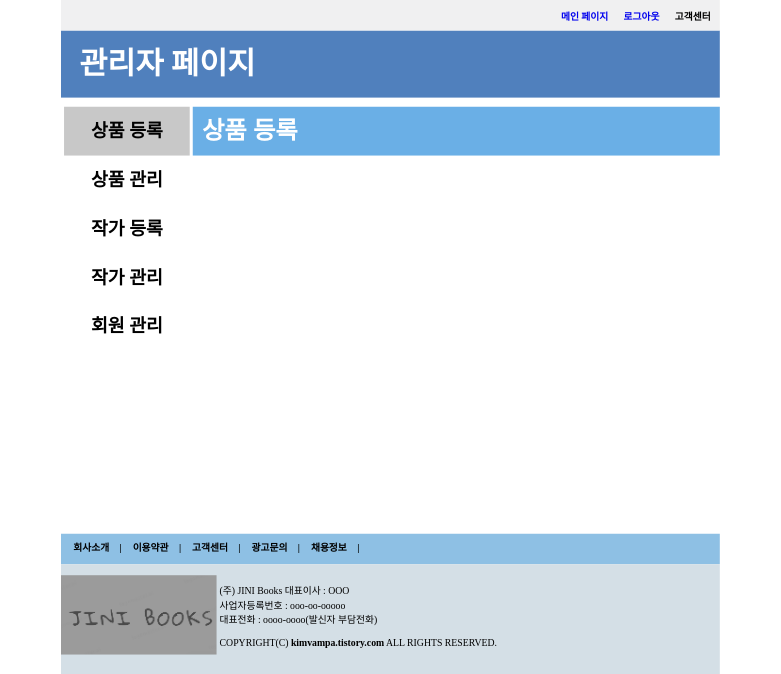
Repository: leechanjin7/ShoppingMall
Page: http://localhost/ShoppingMall/WEB-INF/views/admin/goodsEnroll.jsp
The author's editor kept a copy of each file at every save. The page is drawn from the files as they stood at one save, then again after the next save.
The browser window is 1280 px wide. The pictures show the whole page, at 61% of full size.
The page is served by Tomcat 9. Nobody is signed in. Other server files are loaded and not shown. The template is opened directly, without the code that normally fills it, so the values that code supplies are empty.

Above is the page before, as saved 2023-09-08 10:31:19.

### workspace/ShoppingMall/src/main/webapp/WEB-INF/views/admin/goodsEnroll.jsp
<%@ page language="java" contentType="text/html; charset=UTF-8"
    pageEncoding="UTF-8"%>
<!DOCTYPE html>
<html>
<head>
<meta charset="UTF-8">
<title>Insert title here</title>
<link rel="stylesheet" href="../resources/css/admin/goodsEnroll.css">

<script
  src="https://code.jquery.com/jquery-3.4.1.js"
  integrity="sha256-WpOohJOqMqqyKL9FccASB9O0KwACQJpFTUBLTYOVvVU="
  crossorigin="anonymous"></script>
</head>
</head>
<body>

 				<%@include file="../includes/admin/header.jsp" %>

                <div class="admin_content_wrap">
                    <div class="admin_content_subject"><span>상품 등록</span></div>
                </div>

                <%@include file="../includes/admin/footer.jsp" %>

</body>
</html>

### workspace/ShoppingMall/src/main/webapp/WEB-INF/views/includes/admin/header.jsp
<%@ page language="java" contentType="text/html; charset=UTF-8"
    pageEncoding="UTF-8"%>


    <div class="wrapper">
        <div class="wrap">
            <!-- gnv_area -->
            <div class="top_gnb_area">
                <ul class="list">
                    <li><a href="/main">메인 페이지</a></li>
                    <li><a href="/member/logout.do">로그아웃</a></li>
                    <li>고객센터</li>
                </ul>
            </div>
            <!-- top_subject_area -->
            <div class="admin_top_wrap">
                <span>관리자 페이지</span>

            </div>
            <!-- contents-area -->
            <div class="admin_wrap">
                <!-- 네비영역 -->
                <div class="admin_navi_wrap">
                  <ul>
                      <li >
                          <a class="admin_list_01" href="/admin/goodsEnroll">상품 등록</a>
                      </li>
                      <li>
                          <a class="admin_list_02" href="/admin/goodsManage">상품 관리</a>
                      </li>
                      <lI>
                          <a class="admin_list_03" href="/admin/authorEnroll">작가 등록</a>
                      </lI>
                      <lI>
                          <a class="admin_list_04" href="/admin/authorManage">작가 관리</a>
                      </lI>
                      <lI>
                          <a class="admin_list_05">회원 관리</a>
                      </lI>
                  </ul>
                </div>

### workspace/ShoppingMall/src/main/webapp/WEB-INF/views/includes/admin/footer.jsp
<%@ page language="java" contentType="text/html; charset=UTF-8"
    pageEncoding="UTF-8"%>

     <div class="clearfix"></div>
            </div>


        <!-- Footer 영역 -->
        <div class="footer_nav">
            <div class="footer_nav_container">
                <ul>
                    <li>회사소개</li>
                    <span class="line">|</span>
                    <li>이용약관</li>
                    <span class="line">|</span>
                    <li>고객센터</li>
                    <span class="line">|</span>
                    <li>광고문의</li>
                    <span class="line">|</span>
                    <li>채용정보</li>
                    <span class="line">|</span>
                </ul>
            </div>
        </div> <!-- class="footer_nav" -->

        <div class="footer">
            <div class="footer_container">

                <div class="footer_left">
                    <img src="resources/img/Logo.png">
                </div>
                <div class="footer_right">
                    (주) JINI Books    대표이사 : OOO
                    <br>
                    사업자등록번호 : ooo-oo-ooooo
                    <br>
                    대표전화 : oooo-oooo(발신자 부담전화)
                    <br>
                    <br>
                    COPYRIGHT(C) <strong>kimvampa.tistory.com</strong>    ALL RIGHTS RESERVED.
                </div>
                <div class="clearfix"></div>
            </div>
        </div> <!-- class="footer" -->

        </div>
    </div>

### workspace/ShoppingMall/src/main/webapp/resources/css/admin/goodsEnroll.css
@charset "UTF-8";
*{
    margin: 0;
    padding:0;
}
a{
    text-decoration: none;
}
ul{
    list-style: none;
}
/* 화면 전체 렙 */
.wrapper{
    width: 100%;
}
/* content 랩 */
.wrap{
    width : 1080px;
    margin: auto;
}
/* 홈페이지 기능 네비 */
.top_gnb_area{
    width: 100%;
    height: 50px;
    background-color: #f0f0f1;
    position:relative;
}
.top_gnb_area .list{
    position: absolute;
    top: 0px;
    right: 0;

}
.top_gnb_area .list li{
    list-style: none;
    float : left;
    padding: 13px 15px 0 10px;
    font-weight: 900;
    cursor: pointer;
}

/* 관리제 페이지 상단 현페이지 정보 */
.admin_top_wrap{
    height:110px;
    line-height: 110px;
    background-color: #5080bd;
    margin-bottom:15px;
}
.admin_top_wrap>span{
    margin-left: 30px;
    display:inline-block;
    color: white;
    font-size: 50px;
    font-weight: bolder;
}
/* 관리자 wrap(네비+컨텐츠) */
.admin_wrap{


}

/* 관리자페이지 네비 영역 */
.admin_navi_wrap{
    width: 20%;
    height: 300px;
    float:left;
    height: 100%;
}
.admin_navi_wrap li{
    display: block;
    height: 80px;
    line-height: 80px;
    text-align: center;
}
.admin_navi_wrap li a{
    display: block;
    height: 100%;
    width: 95%;
    margin: 0 auto;
    cursor: pointer;
    font-size: 30px;
    font-weight: bolder;
}
.admin_navi_wrap li a:link {color: black;}
.admin_navi_wrap li a:visited {color: black;}
.admin_navi_wrap li a:active {color: black;}
.admin_navi_wrap li a:hover {color: black;}

.admin_list_01{
    background-color: #c8c8c8;
}


/* 관리자페이지 컨텐츠 영역 */
.admin_content_wrap{
    width: 80%;
    float:left;
    height: 100%;
    min-height : 700px;

}
.admin_content_subject{            /* 관리자 컨텐츠 제목 영역 */
    font-size: 40px;
    font-weight: bolder;
    padding-left: 15px;
    background-color: #6AAFE6;
    height: 80px;
    line-height: 80px;
    color: white;
}

/* 관리자 컨텐츠 메인 영역 */
.form_section{
	width: 95%;
    margin-left: 2%;
    margin-top: 20px;
    border: 1px solid #dbdde2;
    background-color: #efefef;
}
.form_section_title{
	padding: 20px 35px;
}
.form_section_title label{
	display: block;
    font-size: 20px;
    font-weight: 800;
}
.form_section_content{
	padding: 20px 35px;
    border-top: 1px solid #dbdde2;
}
.form_section_content input{
	width: 98%;
    height: 25px;
    font-size: 20px;
    padding: 5px 1%;
}
.form_section_content select{
	width: 98%;
    height: 35px;
    font-size: 20px;
    text-align-last: center;
}

.ck-content {						/* ckeditor 높이 */
    height: 170px;
}

.ui-datepicker-trigger {						/* 캘린더 css 설정 */
    margin-left: 25px;
    width: 14%;
    height: 38px;
    font-weight: 600;
    background-color: #dfe8f5;
    font-size: 15px;
    cursor:pointer;
}
input[name='publeYear'] {
    width: 80%;
    text-align: center;
}

.authorId_btn {						/* 작가 선택 css 설정 */
    margin-left: 20px;
    width: 14%;
    height: 38px;
    font-weight: 600;
    background-color: #dfe8f5;
    font-size: 15px;
    cursor:pointer;
}
#authorName_input {
    width: 80%;
    text-align: center;
}

.form_section_content select {		/* 카테고리 css 설정 */
    width: 92%;
    height: 35px;
    font-size: 20px;
    text-align-last: center;
    margin-left: 5px;
}
.cate_wrap span {
    font-weight: 600;
}
.cate_wrap:not(:first-child) {
    margin-top: 20px;
}

/* 입력란 공란 경고 태그 */
.ck_warn{
	display: none;
    padding-top: 10px;
    text-align: center;
    color: #e05757;
    font-weight: 300;
}

/* 버튼 영역 */
.btn_section{
	text-align: center;
	margin: 80px 0;
}
.btn{
    min-width: 180px;
    padding: 4px 30px;
    font-size: 25px;
    font-weight: 600;
    line-height: 40px;
}
.enroll_btn{
	background-color: #dbdde2;
	margin-left:15px;
}
#enrollBtn:hover {
    background-color: #c9cbd0;
}

.step_val{						/* 할인 가격 문구 */
	display: block;
    padding-top: 5px;
    font-weight: 500;
}

/* footer navai 영역 */
.footer_nav{
    width:100%;
    height:50px;
}
.footer_nav_container{
    width: 100%;
    height: 100%;
    background-color:#8EC0E4;
}
.footer_nav_container>ul{
    font-weight : bold;
    float:left;
    list-style:none;
    position:relative;
    padding-top:10px;
    line-height: 27px;
    font-family: dotum;
    margin-left: 10px;
}
.footer_nav_container>ul>li{
    display:inline;
    width: 45px;
    height: 19px;
    padding: 10px 9px 0 10px;
}
.footer_nav_container>ul>span{
    margin: 0 4px;
}
/* footer 영역 */
.footer{
    width:100%;
    height:130px;
    background-color:#D4DFE6;
    padding-bottom : 50px;
}
.footer_container{
    width: 100%;
    height: 100%;
    margin: auto;
}
.footer_left>img {
    width: 150%;
    height: 130px;
    margin-left: -20px;
    margin-top: -12px;
}
.footer_left{
    float :left;
    width: 170px;
    margin-left: 20px;
    margin-top : 30px;

}
.footer_right{
    float :left;
    width: 680px;
    margin-left: 70px;
    margin-top : 30px;
}




/* float 속성 해제 */
.clearfix{
    clear: both;
}

After the next save:
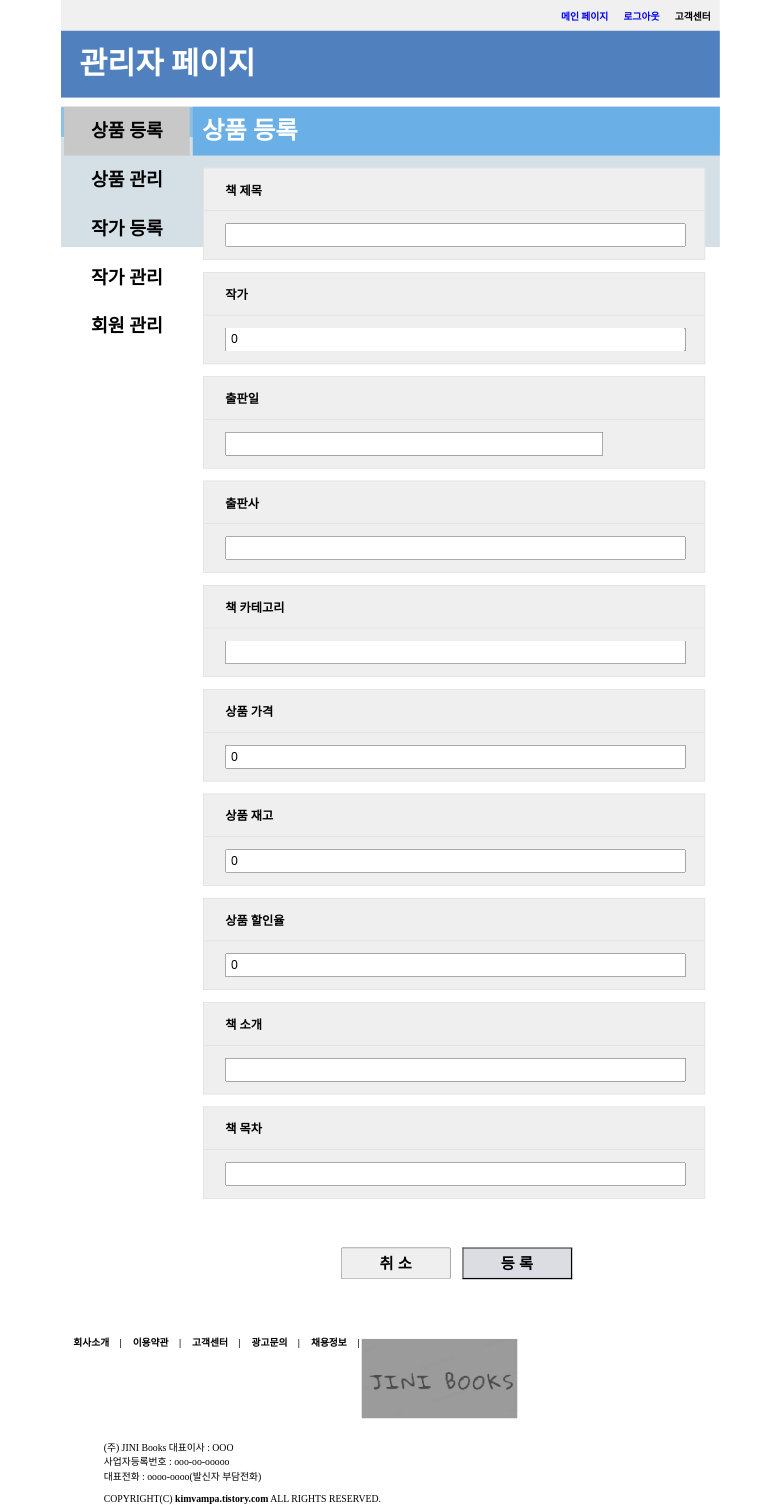
Saved 66 min 32 s later.
--- a/workspace/ShoppingMall/src/main/webapp/WEB-INF/views/admin/goodsEnroll.jsp
+++ b/workspace/ShoppingMall/src/main/webapp/WEB-INF/views/admin/goodsEnroll.jsp
@@ -19,7 +19,94 @@
 
                 <div class="admin_content_wrap">
                     <div class="admin_content_subject"><span>상품 등록</span></div>
-                </div>
+                                    <div class="admin_content_main">
+                    	<form action="/admin/goodsEnroll" method="post" id="enrollForm">
+                    		<div class="form_section">
+                    			<div class="form_section_title">
+                    				<label>책 제목</label>
+                    			</div>
+                    			<div class="form_section_content">
+                    				<input name="bookName">
+                    			</div>
+                    		</div>
+                    		<div class="form_section">
+                    			<div class="form_section_title">
+                    				<label>작가</label>
+                    			</div>
+                    			<div class="form_section_content">
+                    				<input name="authorId" value="0">
+                    			</div>
+                    		</div>
+                    		<div class="form_section">
+                    			<div class="form_section_title">
+                    				<label>출판일</label>
+                    			</div>
+                    			<div class="form_section_content">
+                    				<input name="publeYear">
+                    			</div>
+                    		</div>
+                    		<div class="form_section">
+                    			<div class="form_section_title">
+                    				<label>출판사</label>
+                    			</div>
+                    			<div class="form_section_content">
+                    				<input name="publisher">
+                    			</div>
+                    		</div>
+                    		<div class="form_section">
+                    			<div class="form_section_title">
+                    				<label>책 카테고리</label>
+                    			</div>
+                    			<div class="form_section_content">
+                    				<input name="cateCode">
+                    			</div>
+                    		</div>
+                    		<div class="form_section">
+                    			<div class="form_section_title">
+                    				<label>상품 가격</label>
+                    			</div>
+                    			<div class="form_section_content">
+                    				<input name="bookPrice" value="0">
+                    			</div>
+                    		</div>
+                    		<div class="form_section">
+                    			<div class="form_section_title">
+                    				<label>상품 재고</label>
+                    			</div>
+                    			<div class="form_section_content">
+                    				<input name="bookStock" value="0">
+                    			</div>
+                    		</div>
+                    		<div class="form_section">
+                    			<div class="form_section_title">
+                    				<label>상품 할인율</label>
+                    			</div>
+                    			<div class="form_section_content">
+                    				<input name="bookDiscount" value="0">
+                    			</div>
+                    		</div>
+                    		<div class="form_section">
+                    			<div class="form_section_title">
+                    				<label>책 소개</label>
+                    			</div>
+                    			<div class="form_section_content">
+                    				<input name="bookIntro">
+                    			</div>
+                    		</div>
+                    		<div class="form_section">
+                    			<div class="form_section_title">
+                    				<label>책 목차</label>
+                    			</div>
+                    			<div class="form_section_content">
+                    				<input name="bookContents">
+                    			</div>
+                    		</div>
+                   		</form>
+                   			<div class="btn_section">
+                   				<button id="cancelBtn" class="btn">취 소</button>
+	                    		<button id="enrollBtn" class="btn enroll_btn">등 록</button>
+	                    	</div>
+                    </div>
 
                 <%@include file="../includes/admin/footer.jsp" %>
 
